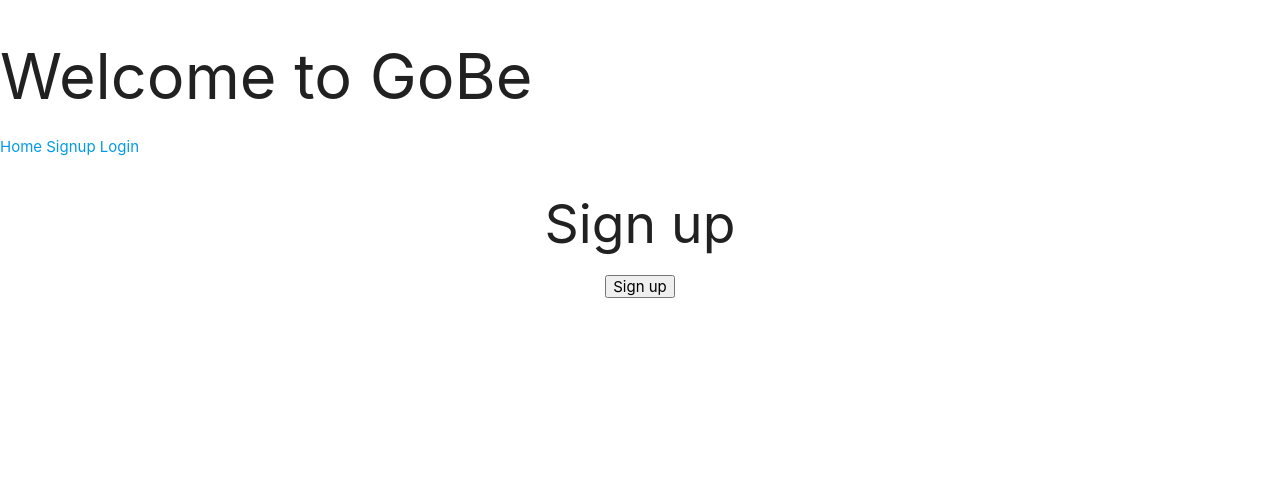
Repository: Gobe-community/gobe-central
Page: http://localhost/login/
An editor plug-in stored every save of this project. The page is shown before and after the next save, followed by the edit.
The browser window is 1280 px wide. The pictures show the whole page.
The page is served by the project's application, run on Django 3.2 (manage.py).

Above is the page before, as saved 2020-07-11 12:35:58.

After the next save:
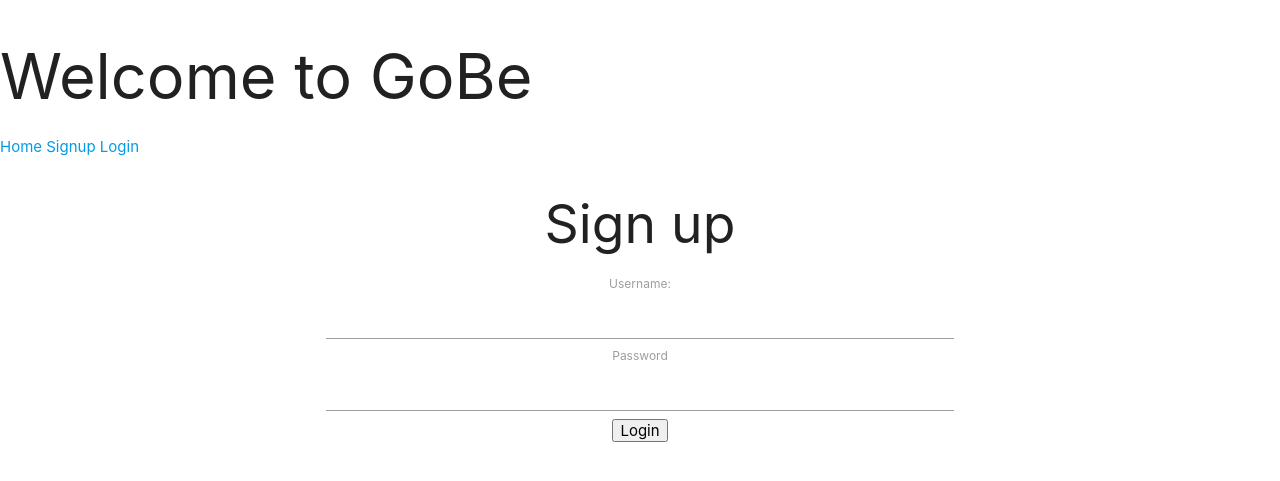
Saved 4 min 21 s later.
--- a/templates/login.html
+++ b/templates/login.html
@@ -4,18 +4,14 @@
   <h2>Sign up</h2>
   <form method="POST">
     {% csrf_token %}
-    {% for field in form %}
-      <p>
-        {{ field.label_tag }}<br>
-        {{ field }}
-        {% if field.help_text %}
-          <small style="color: grey">{{ field.help_text }}</small>
-        {% endif %}
-        {% for error in field.errors %}
-          <p style="color: red">{{ error }}</p>
-        {% endfor %}
-      </p>
-    {% endfor %}
-    <button type="submit">Sign up</button>
+    <div class="form-group">
+        <label for="username">Username:</label>
+        <input type="text" name="usermame">
+    </div>
+    <div class="form-group">
+        <label for="password">Password</label>
+        <input type="text" name="password">
+    </div>
+    <button type="submit">Login</button>
   </form>
 {% endblock %}
